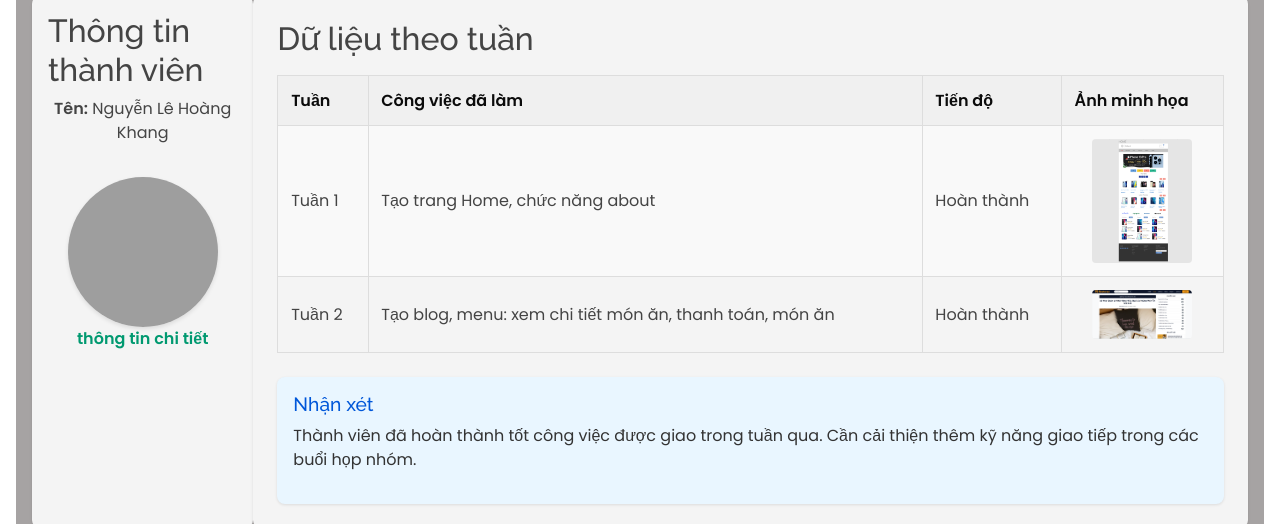
Repository: HoangKhangKhuPho4/Group_Web
Page: results.html
An editor plug-in stored every save of this project. The page is shown before and after the next save, followed by the edit.
The browser window is 1280 px wide. The pictures show the part of the page from y = 1113 to 1637 px (the page is 3071 px tall before and 3095 px after).
Pictures or frames that could not be fetched are drawn as grey boxes. A picture or video elsewhere on the page could not be fetched, so the positions and the page height are approximate.

Above is the page before, as saved 2025-01-18 19:30:11.

### results.html
<!DOCTYPE html>
<html lang="en">
<head>
    <meta charset="UTF-8">
    <meta name="viewport" content="width=device-width, initial-scale=1.0">
    <title>Thông tin thành viên</title>
    <!-- Favicons -->
    <link href="assets/img/favicon.png" rel="icon" />
    <link href="assets/img/apple-touch-icon.png" rel="apple-touch-icon" />

    <!-- Google Fonts -->
    <link
      href="https://fonts.googleapis.com/css?family=Open+Sans:300,300i,400,400i,600,600i,700,700i|Raleway:300,300i,400,400i,500,500i,600,600i,700,700i|Poppins:300,300i,400,400i,500,500i,600,600i"
      rel="stylesheet"
    />

    <!-- Vendor CSS Files -->
    <link href="assets/vendor/aos/aos.css" rel="stylesheet" />
    <link
      href="assets/vendor/bootstrap/css/bootstrap.min.css"
      rel="stylesheet"
    />
    <link
      href="assets/vendor/bootstrap-icons/bootstrap-icons.css"
      rel="stylesheet"
    />
    <link href="assets/vendor/boxicons/css/boxicons.min.css" rel="stylesheet" />
    <link
      href="assets/vendor/glightbox/css/glightbox.min.css"
      rel="stylesheet"
    />
    <link href="assets/vendor/remixicon/remixicon.css" rel="stylesheet" />
    <link href="assets/vendor/swiper/swiper-bundle.min.css" rel="stylesheet" />

    <!-- Bootstrap Icons -->
    <link
      href="https://cdn.jsdelivr.net/npm/bootstrap-icons@1.10.5/font/bootstrap-icons.css"
      rel="stylesheet"
    />

    <!-- Template Main CSS File -->
    <link href="assets/css/style.css" rel="stylesheet" />
    <link rel="stylesheet" href="css\result.css">
</head>
<body>
    <!-- ======= Header ======= -->
    <header id="header" class="fixed-top d-flex align-items-center">
        <div class="container-header">
            <div class="header-container d-flex align-items-center justify-content-between">
                <div class="logo">
                    <h1 class="text-light">
                        <a href="index.html"><span>Group 15</span></a>
                    </h1>
                </div>

                <nav id="navbar" class="navbar">
                    <ul>
                        <li>
                            <a class="nav-link scrollto " href="index.html">Home</a>
                        </li>
                        <li><a class="nav-link scrollto" href="about.html">About</a></li>
                        <li>
                            <a class="nav-link scrollto" href="groupDiary.html">Group Diary</a>
                        </li>
                        <li>
                            <a class="nav-link scrollto" href="technical.html">Technical</a>
                        </li>
                        <li>
                            <a class="nav-link scrollto" href="styleguide.html">Style Guide</a>
                        </li>
                        <li>
                            <a class="nav-link scrollto active" href="results.html">Results</a>
                        </li>
                        <li>
                            <a class="nav-link scrollto" href="project.html">Project</a>
                        </li>
                        <li>
                            <a class="nav-link scrollto" href="contact.html">Contact</a>
                        </li>
                    </ul>
                    <i class="bi bi-list mobile-nav-toggle"></i>
                </nav>
                <!-- .navbar -->
            </div>
            <!-- End Header Container -->
        </div>
    </header>

    <div class="container-content">
        <div class="main-content">
            <div class="member-info">
                <h2>Thông tin thành viên</h2>
                <div class="member-card">
                    <p><strong>Tên:</strong> Dương Quốc Toàn</p>
                    <img src="assets/img/team/team-1.jpg" alt="Ảnh thành viên" class="member-photo">
                    <p><strong><a href="https://www.facebook.com/share/KgZ8NYxNgyUj9bbq/">thông tin chi tiết</a></strong></p>
                </div>
            </div>
            <div class="weekly-data">
                <h2>Dữ liệu theo tuần</h2>
                <table>
                    <thead>
                        <tr>
                            <th>Tuần</th>
                            <th>Công việc đã làm</th>
                            <th>Tiến độ</th>
                            <th>Ảnh minh họa</th>
                        </tr>
                    </thead>
                    <tbody>
                        <tr>
                            <td>Tuần 1</td>
                            <td>Tạo chức năng Group Diary</td>
                            <td>Hoàn thành</td>
                            <td>
                                <img src="img\project\groupDiary.png" alt="Ảnh tuần 1" class="week-photo">
                            </td>
                        </tr>
                        <tr>
                            <td>Tuần 2</td>
                            <td>Tạo home:giới thiệu món ăn, đầu bếp,các chương trình khuyến mãi</td>
                            <td>Đang thực hiện</td>
                            <td>
                                <img src="assets\img\project\Home_Group11_Figma.jpg" alt="Ảnh tuần 2" class="week-photo">
                            </td>
                        </tr>
                    </tbody>
                </table>
                <div class="feedback">
                    <h3>Nhận xét</h3>
                    <p>Thành viên đã hoàn thành tốt công việc được giao trong tuần qua. Cần cải thiện thêm kỹ năng giao tiếp trong các buổi họp nhóm.</p>
                </div>
            </div>
        </div>
        <div class="main-content">
            <div class="member-info">
                <h2>Thông tin thành viên</h2>
                <div class="member-card">
                    <p><strong>Tên:</strong> Đặng Thị Mỹ Hạnh</p>
                    <img src="assets/img/team/team-2.jpg" alt="Ảnh thành viên" class="member-photo">
                    <p><strong><a href="https://www.facebook.com/profile.php?id=100024623842401">thông tin chi tiết</a></strong></p>
                </div>
            </div>
            <div class="weekly-data">
                <h2>Dữ liệu theo tuần</h2>
                <table>
                    <thead>
                        <tr>
                            <th>Tuần</th>
                            <th>Công việc đã làm</th>
                            <th>Tiến độ</th>
                            <th>Ảnh minh họa</th>
                        </tr>
                    </thead>
                    <tbody>
                        <tr>
                            <td>Tuần 1</td>
                            <td>Tạo chức năng Style Guide, Result</td>
                            <td>Hoàn thành</td>
                            <td>
                                <img src="img\project\styleGiay.png" alt="Ảnh tuần 1" class="week-photo">
                            </td>
                        </tr>
                        <tr>
                            <td>Tuần 2</td>
                            <td>Tạo chức năng contact, đặt hàng online</td>
                            <td>Đang thực hiện</td>
                            <td>
                                <img src="img\project\contactFigma.jpg" alt="Ảnh tuần 2" class="week-photo">
                            </td>
                        </tr>
                    </tbody>
                </table>
                <div class="feedback">
                    <h3>Nhận xét</h3>
                    <p>Thành viên đã hoàn thành tốt công việc được giao trong tuần qua. Cần cải thiện thêm kỹ năng giao tiếp trong các buổi họp nhóm.</p>
                </div>
            </div>
        </div>
        <div class="main-content">
            <div class="member-info">
                <h2>Thông tin thành viên</h2>
                <div class="member-card">
                    <p><strong>Tên:</strong> Nguyễn Lê Hoàng Khang</p>
                    <img src="assets/img/team/team-3.png" alt="Ảnh thành viên" class="member-photo">
                    <p><strong><a href="https://www.facebook.com/profile.php?id=100088292157574&locale=vi_VN">thông tin chi tiết</a></strong></p>
                </div>
            </div>
            <div class="weekly-data">
                <h2>Dữ liệu theo tuần</h2>
                <table>
                    <thead>
                        <tr>
                            <th>Tuần</th>
                            <th>Công việc đã làm</th>
                            <th>Tiến độ</th>
                            <th>Ảnh minh họa</th>
                        </tr>
                    </thead>
                    <tbody>
                        <tr>
                            <td>Tuần 1</td>
                            <td>Tạo trang Home, chức năng about</td>
                            <td>Hoàn thành</td>
                            <td>
                                <img src="img\project\home.png" alt="Ảnh tuần 1" class="week-photo">
                            </td>
                        </tr>
                        <tr>
                            <td>Tuần 2</td>
                            <td>Tạo blog, menu: xem chi tiết món ăn, thanh toán, món ăn</td>
                            <td>Hoàn thành</td>
                            <td>
                                <img src="img\project\bolg.png" alt="Ảnh tuần 2" class="week-photo">
                            </td>
                        </tr>
                    </tbody>
                </table>
                <div class="feedback">
                    <h3>Nhận xét</h3>
                    <p>Thành viên đã hoàn thành tốt công việc được giao trong tuần qua. Cần cải thiện thêm kỹ năng giao tiếp trong các buổi họp nhóm.</p>
                </div>
            </div>
        </div>
        <div class="main-content">
            <div class="member-info">
                <h2>Thông tin thành viên</h2>
                <div class="member-card">
                    <p><strong>Tên:</strong> Võ Hoàng Nam</p>
                    <img src="assets/img/team/team-4.jpg" alt="Ảnh thành viên" class="member-photo">
                    <p><strong><a href="https://www.facebook.com/profile.php?id=100053449847355&mibextid=kFxxJD">thông tin chi tiết</a></strong></p>
                </div>
            </div>
            <div class="weekly-data">
                <h2>Dữ liệu theo tuần</h2>
                <table>
                    <thead>
                        <tr>
                            <th>Tuần</th>
                            <th>Công việc đã làm</th>
                            <th>Tiến độ</th>
                            <th>Ảnh minh họa</th>
                        </tr>
                    </thead>
                    <tbody>
                        <tr>
                            <td>Tuần 1</td>
                            <td>Tạo chức năng Project</td>
                            <td>Hoàn thành</td>
                            <td>
                                <img src="img\project\project.png" alt="Ảnh tuần 1" class="week-photo">
                            </td>
                        </tr>
                        <tr>
                            <td>Tuần 2</td>
                            <td>Tạo chức năng book a table, search</td>
                            <td>Hoàn thành</td>
                            <td>
                                <img src="img\project\bookATable.png" alt="Ảnh tuần 2" class="week-photo">
                            </td>
                        </tr>
                    </tbody>
                </table>
                <div class="feedback">
                    <h3>Nhận xét</h3>
                    <p>Thành viên đã hoàn thành tốt công việc được giao trong tuần qua. Cần cải thiện thêm kỹ năng giao tiếp trong các buổi họp nhóm.</p>
                </div>
            </div>
        </div>
        <div class="main-content">
            <div class="member-info">
                <h2>Thông tin thành viên</h2>
                <div class="member-card">
                    <p><strong>Tên:</strong> Hà Huy Dũng</p>
                    <img src="assets/img/team/team-5.jpg" alt="Ảnh thành viên" class="member-photo">
                    <p><strong><a href="https://www.facebook.com/profile.php?id=100010432057735">thông tin chi tiết</a></strong></p>
                </div>
            </div>
            <div class="weekly-data">
                <h2>Dữ liệu theo tuần</h2>
                <table>
                    <thead>
                        <tr>
                            <th>Tuần</th>
                            <th>Công việc đã làm</th>
                            <th>Tiến độ</th>
                            <th>Ảnh minh họa</th>
                        </tr>
                    </thead>
                    <tbody>
                        <tr>
                            <td>Tuần 1</td>
                            <td>Tạo chức năng Technical, contact</td>
                            <td>Hoàn thành</td>
                            <td>
                                <img src="img\project\contact.png" alt="Ảnh tuần 1" class="week-photo">
                            </td>
                        </tr>
                        <tr>
                            <td>Tuần 2</td>
                            <td>Tạo chức năng login, thông tin khách hàng</td>
                            <td>Hoàn thành</td>
                            <td>
                                <img src="img\project\login1.jpg" alt="Ảnh tuần 2" class="week-photo">
                            </td>
                        </tr>
                    </tbody>
                </table>
                <div class="feedback">
                    <h3>Nhận xét</h3>
                    <p>Thành viên đã hoàn thành tốt công việc được giao trong tuần qua. Cần cải thiện thêm kỹ năng giao tiếp trong các buổi họp nhóm.</p>
                </div>
            </div>
        </div>
        <!-- End Contact Section -->
    <footer id="footer">
        <div class="footer-container">
            <div class="footer-column">
                <h4>About Us</h4>
                <p>
                    We are a team of passionate individuals dedicated to delivering the
                    best services to our clients. Our mission is to provide innovative
                    solutions and exceptional customer service.
                </p>
            </div>
            <div class="footer-column">
                <h4>Useful Links</h4>
                <ul>
                    <li><a href="index.html">Home</a></li>
                    <li><a href="about.html">About Us</a></li>
                    <li><a href="services.html">Services</a></li>
                    <li><a href="terms.html">Terms of Service</a></li>
                    <li><a href="privacy.html">Privacy Policy</a></li>
                </ul>
            </div>
            <div class="footer-column">
                <h4>Services</h4>
                <ul>
                    <li><a href="#">Web Design</a></li>
                    <li><a href="#">Web Development</a></li>
                    <li><a href="#">Marketing</a></li>
                    <li><a href="#">Graphic Design</a></li>
                    <li><a href="#">Technical Support</a></li>
                </ul>
            </div>
            <div class="footer-column">
                <h4>Contact Us</h4>
                <p>
                    123 ABC Street, XYZ District<br />
                    City, Country<br />
                    Phone: +84 123 456 789<br />
                    Email: info@example.com
                </p>
            </div>
        </div>
    </footer>
        <div class="footer-bottom">
            <div class="container d-md-flex py-4">
                <div class="me-md-auto text-center text-md-start">
                    <div class="copyright">
                        &copy; Copyright <strong><span>Group 15</span></strong>. All Rights Reserved
                    </div>
                    <div class="credits">Designed by <a href="#">Group 15</a></div>
                </div>
                <div class="social-links text-center text-md-right pt-3 pt-md-0">
                    <a href="#" class="twitter" title="Twitter"><i class="bx bxl-twitter"></i></a>
                    <a href="#" class="facebook" title="Facebook"><i class="bx bxl-facebook"></i></a>
                    <a href="#" class="instagram" title="Instagram"><i class="bx bxl-instagram"></i></a>
                    <a href="#" class="google-plus" title="Skype"><i class="bx bxl-skype"></i></a>
                    <a href="#" class="linkedin" title="LinkedIn"><i class="bx bxl-linkedin"></i></a>
                </div>
            </div>
        </div>


</div>
</body>

</html>

### css/result.css
/* styles.css */
body {
    font-family: Arial, sans-serif;
    margin: 0;
    padding: 0;
    background-color: #f9f9f9;
    font-family: 'Poppins', sans-serif;
    background-color: #f8f9fa;
}
header#header {
    height: 80px; /* Chiều cao header */
    position: fixed;
    top: 0;
    left: 0;
    width: 100%;
    z-index: 1000;
    background-color: #fff; /* Đặt màu nền để header không bị trong suốt */
    box-shadow: 0 2px 4px rgba(0, 0, 0, 0.1); /* Tùy chọn: thêm bóng cho header */
}
.container-header {
    max-width: 1200px;
    margin: 0 auto;
    padding: 1rem; margin;
    background: white;
    border-radius: 8px;
    top: 0;
    left: 0;
    width: 100%;
    height: 80px; /* hoặc chiều cao tùy ý */
    position: fixed; /* Đảm bảo header cố định */
    z-index: 1000; /* Giữ header luôn trên cùng */
}
.container-content {
    margin: 0 auto;
    padding: 1rem;
    background: white;
    margin-top: 50px;
    border-radius: 8px;
}

.main-content {
    display: flex;
    background-color: #a6a3a3;
    padding-top: 0;
    padding: 1rem;

}
.member-info {
    flex: 0.5;
    background: #f4f4f4;
    padding: 1rem;
    box-shadow: 0 1px 3px rgba(0, 0, 0, 0.1);
    border-radius: 8px;
}
.member-card {
    text-align: center;
}
.member-photo {
    width: 150px;
    height: 150px;
    border-radius: 50%;
    margin-top: 1rem;
    box-shadow: 0 2px 4px rgba(0, 0, 0, 0.1);
}
.weekly-data {
    flex: 2.5;
    background: #f4f4f4;
    padding: 1.5rem;
    border-radius: 8px;
    box-shadow: 0 1px 3px rgba(0, 0, 0, 0.1);
}
table {
    text-align: center;
    width: 100%;
    border-collapse: collapse;
    margin-top: 1rem;
}
thead {
    background-color: #0057D9;
    color: rgb(11, 11, 11);
}
th, td {
    padding: 0.75rem;
    text-align: left;
    border: 1px solid #ddd;
}
.week-photo {
    width: 100px;
    height: auto;
    border-radius: 4px;
    display: block;
    margin: 0 auto;
}
tbody tr:nth-child(odd) {
    background-color: #f9f9f9;
}
tbody tr:nth-child(even) {
    background-color: #f4f4f4;
}
.weekly-data th, .weekly-data td {
    padding: 0.8rem;
    border: 1px solid #ddd;
    text-align: left;
}
.weekly-data th {
    background-color: #f0f0f0;
    font-weight: bold;
}
.feedback {
    margin-top: 1.5rem;
    padding: 1rem;
    background: #e9f6ff;
    border-radius: 8px;
    box-shadow: 0 1px 3px rgba(0, 0, 0, 0.1);
}
.feedback h3 {
    font-size: 1.2rem;
    margin-bottom: 0.5rem;
    color: #0057D9;
}
.feedback p {
    font-size: 1rem;
    line-height: 1.5;
    color: #333;
}
.footer {
    text-align: center;
    padding: 1rem;
    margin-top: 2rem;
    background: #0057D9;
    color: white;
    border-radius: 0 0 8px 8px;
}

Loaded but not shown: assets/vendor/aos/aos.css (library); assets/vendor/bootstrap/css/bootstrap.min.css (library); assets/vendor/bootstrap-icons/bootstrap-icons.css (library); assets/vendor/boxicons/css/boxicons.min.css (library); assets/vendor/glightbox/css/glightbox.min.css (library); assets/vendor/remixicon/remixicon.css (library); assets/vendor/swiper/swiper-bundle.min.css (library); assets/css/style.css (862 lines, source omitted)

After the next save:
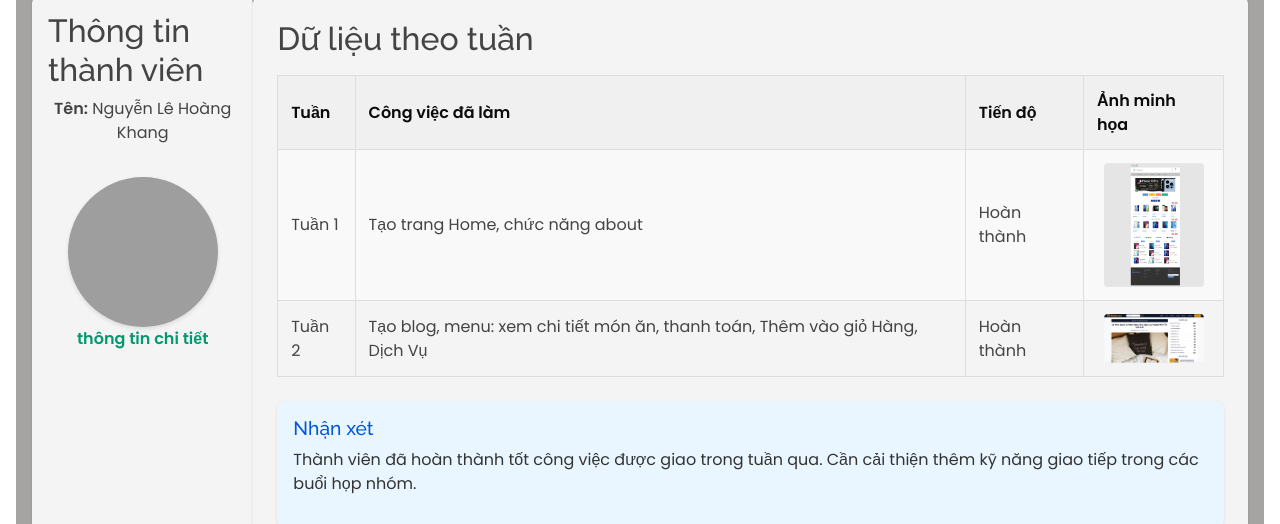
Saved 7 min 12 s later.
--- a/results.html
+++ b/results.html
@@ -208,7 +208,7 @@
                         </tr>
                         <tr>
                             <td>Tuần 2</td>
-                            <td>Tạo blog, menu: xem chi tiết món ăn, thanh toán, món ăn</td>
+                            <td>Tạo blog, menu: xem chi tiết món ăn, thanh toán, Thêm vào giỏ Hàng, Dịch Vụ</td>
                             <td>Hoàn thành</td>
                             <td>
                                 <img src="img\project\bolg.png" alt="Ảnh tuần 2" class="week-photo">
